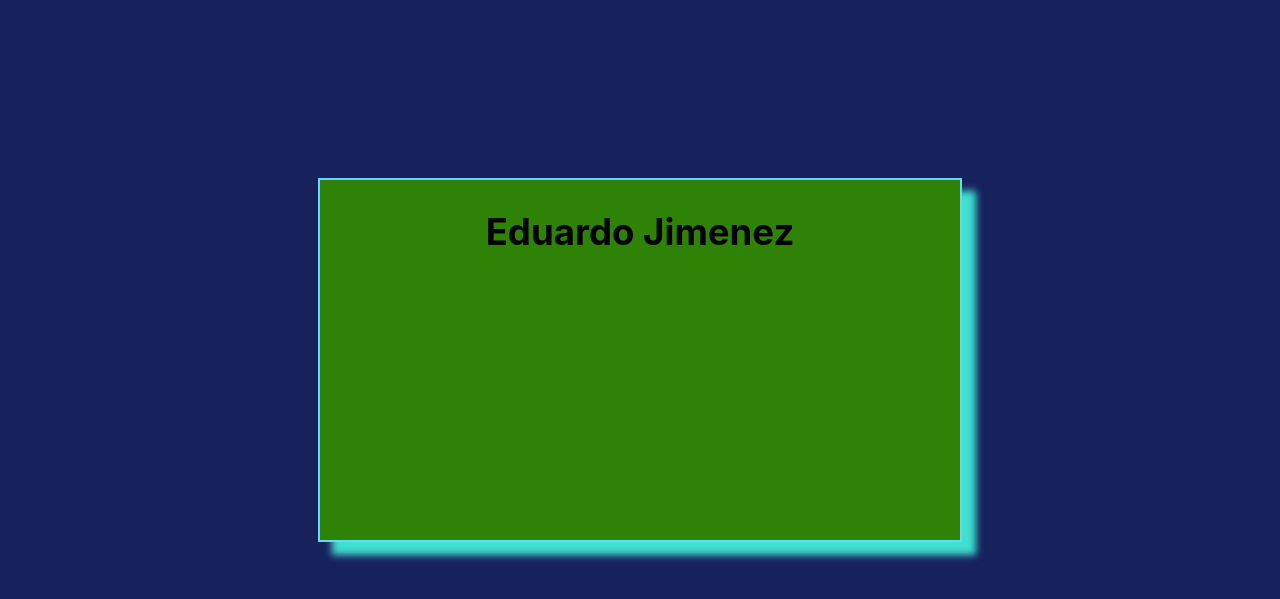
Repository: l8nightswithJS/react-my-portfolio
Page: /
These files come from the project's save history. The page is drawn as it stood at one moment and after the next save; the edit follows.
The browser window is 1280 px wide. The pictures show the whole page.
The project was rebuilt for these pictures with package versions that can differ from the ones it lists, and the page was loaded fresh each time.

Above is the page before, as saved 2021-04-22 23:57:02.

After the next save:
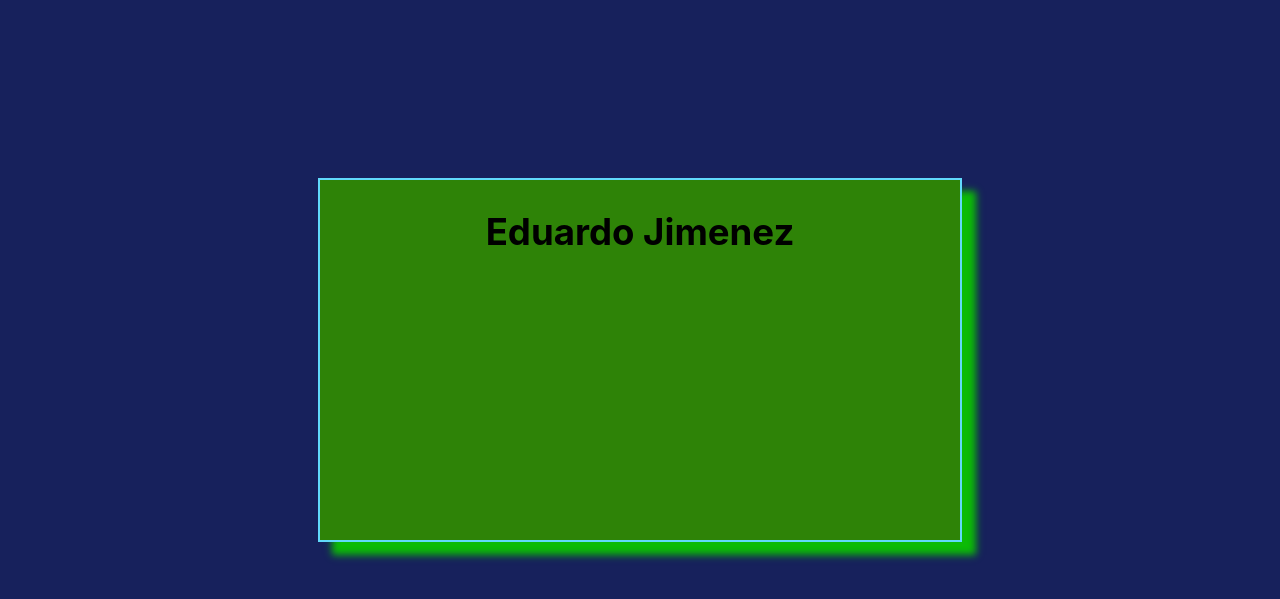
Saved 28 s later.
--- a/src/App.css
+++ b/src/App.css
@@ -18,7 +18,7 @@ section {
   font-size: calc(10px + 2vmin);
   color: white;
   border: #61dafb .3vh solid;
-  box-shadow: 2vh 1vw 1vh turquoise;
+  box-shadow: 2vh 1vw 1vh rgb(12, 187, 6);
 }
 
 h1 {
